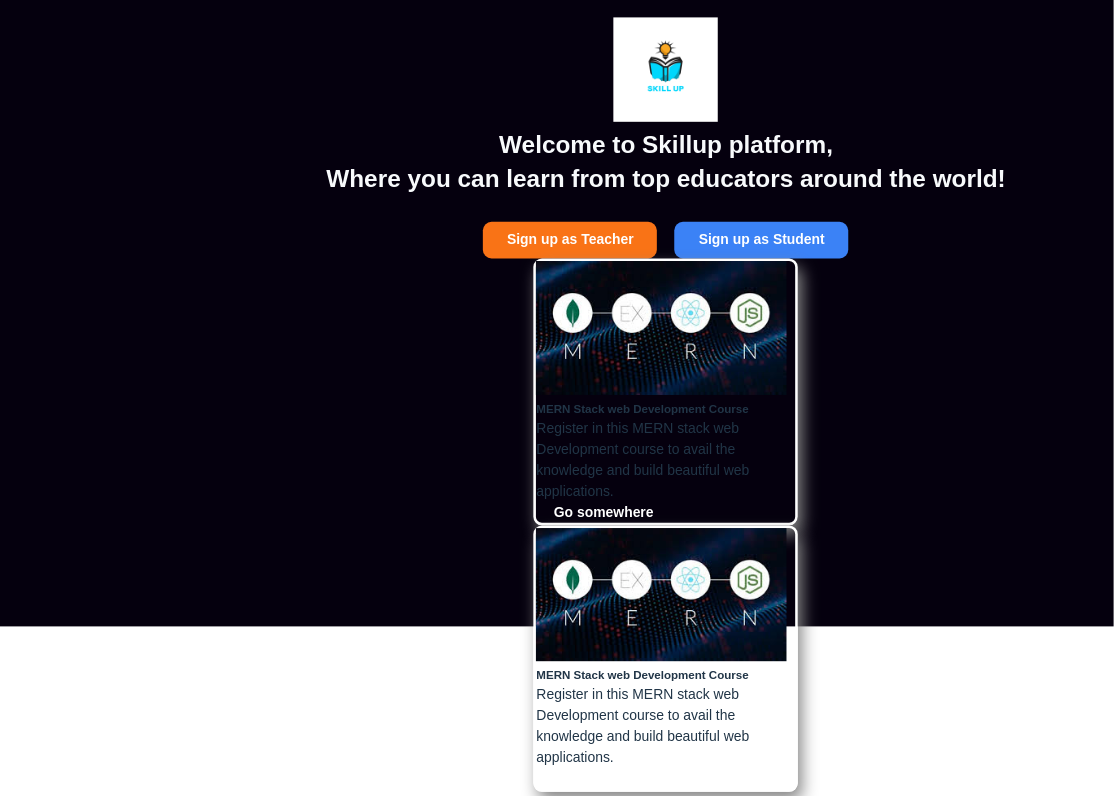
Repository: gowtham-jo/Learning-Management-System
Page: /
An editor plug-in stored every save of this project. The page is shown before and after a run of saves, followed by the edit.
The browser window is 1280 px wide. The page is 1281 px wide, so the pictures cover 1281 px, including what lies to the right of the window. The pictures show the whole page, at 87% of full size.
The project was rebuilt for these pictures with package versions that can differ from the ones it lists, and the page was loaded fresh each time. Also part of the build but not shown: vite.config.js, src/StudentRegistration.jsx, src/TeacherRegistration.jsx.

Above is the page before, as saved 2026-01-27 20:36:02.

### index.html
<!doctype html>
<html lang="en">
  <head>
    <meta charset="UTF-8" />
    <link rel="icon" type="image/svg+xml" href="/vite.svg" />
    <meta name="viewport" content="width=device-width, initial-scale=1.0" />
    <title>lms</title>
  </head>
  <body>
    <div id="root"></div>
    <script type="module" src="/src/main.jsx"></script>
  </body>
</html>

### src/App.jsx
import React from "react";
import "./App.css";
import Homepage from "./Homepage.jsx";
import { Routes, Route } from "react-router-dom";
import StudentRegistration from "./StudentRegistration.jsx";
import TeacherRegistration from "./TeacherRegistration.jsx";


import { useNavigate } from "react-router-dom";

const App = () => {
  return (
    <Routes>
      <Route path="/" element={<Homepage />} />
      <Route
        path="/student-registration"
        element={<StudentRegistration />}

      />
      <Route path="/teacher-registration" element={<TeacherRegistration />} />
    </Routes>
  );
};

export default App;

### src/index.css
*{
  margin:0;
  padding:0;
  box-sizing: border-box;
}
html,body,#root{
  height:100%;
}
:root {
  font-family: system-ui, Avenir, Helvetica, Arial, sans-serif;
  line-height: 1.5;
  font-weight: 400;

  color-scheme: light dark;
  color: rgba(255, 255, 255, 0.87);
  background-color: #242424;

  font-synthesis: none;
  text-rendering: optimizeLegibility;
  -webkit-font-smoothing: antialiased;
  -moz-osx-font-smoothing: grayscale;
}

a {
  font-weight: 500;
  color: #646cff;
  text-decoration: inherit;
}
a:hover {
  color: #535bf2;
}

body {
  margin: 0;
  display: flex;
  place-items: center;
  min-width: 320px;
  min-height: 100vh;
}

h1 {
  font-size: 3.2em;
  line-height: 1.1;
}

button {
  border-radius: 8px;
  border: 1px solid transparent;
  padding: 0.6em 1.2em;
  font-size: 1em;
  font-weight: 500;
  font-family: inherit;
  background-color: #1a1a1a;
  cursor: pointer;
  transition: border-color 0.25s;
}
button:hover {
  border-color: #646cff;
}
button:focus,
button:focus-visible {
  outline: 4px auto -webkit-focus-ring-color;
}

@media (prefers-color-scheme: light) {
  :root {
    color: #213547;
    background-color: #ffffff;
  }
  a:hover {
    color: #747bff;
  }
  button {
    background-color: #f9f9f9;
  }
}

### src/App.css
body {
  background-color: #05000e;
  font-family: Arial, sans-serif;
}

/* FULL-PAGE CENTERING */
.home-container {
  height: 100%;
  width: 100%;
  margin-top: 20px;
  margin-left:250px;

  display: grid;
  place-items: center; /* PERFECT center (x + y) */
}

/* Inner content wrapper */
.home-content {
  text-align: center;
}

/* Heading */
#heading {
  max-width: 1000px;
  color: #f8fafc;
  font-size: 28px;
  font-weight: 600;
  line-height: 1.4;
  margin-bottom: 30px;
}

/* Buttons */
.buttons {
  display: flex;
  gap: 20px;
  justify-content: center;
}

.btn {
  width: 200px;
  padding: 12px 20px;
  font-size: 16px;
  font-weight: 600;
  color: white;
  border: none;
  border-radius: 10px;
  cursor: pointer;
}

.orange { background-color: #f97316; }
.blue   { background-color: #3b82f6; }
.student-registration{
  display: flex;
  justify-content: center;
  align-items: center;
}
/*student-registration-container styling*/
.page-center {
  display: flex;
  height: 100vh;
  justify-content: center;
  align-items: center;
  width: 100vw;

}
.form-container {
  background-color: black;
  padding: 40px;
  border-radius: 10px;
  box-shadow: 0 4px 6px rgba(0, 0, 0, 0.1);
  width: 400px;
}

### src/Homepage.jsx
import React from "react";
import { useNavigate } from "react-router-dom";
import Skillup from "../src/assets/Skillup.png";
import mern from "./assets/mern.jpg";

const Homepage = () => {
  const navigate = useNavigate();

  return (
    <div className="home-container">
      <div className="home-content">
        <img src={Skillup} alt="Logo" width="120" />
        <div id="heading">
          Welcome to Skillup platform,
          <br />
          Where you can learn from top educators around the world!
        </div>

        <div className="buttons">
          <button
            className="btn orange"
            onClick={() => navigate("/teacher-registration")}
          >
            Sign up as Teacher
          </button>

          <button
            className="btn blue"
            onClick={() => navigate("/student-registration")}
          >
            Sign up as Student
          </button>

        </div>
      </div>
      <div className="card" style={{ width: "19rem",border:"3px solid white" ,borderRadius:"10px",boxShadow:"5px 10px 18px #888888"}}>
        <img src={mern} className="card-img-top" alt="..."style={{width:"18rem"}} />
          <div className="card-body" style={{ borderRadius: "10px" }}>
            <h5 className="card-title">MERN Stack web Development Course</h5>
            <p className="card-text">Register in this MERN stack web Development course to avail the knowledge and build beautiful web applications.</p>
            <a href="#" className="btn btn-primary">Go somewhere</a>
          </div>

      </div>
       <div className="card" style={{ width: "19rem",border:"3px solid white" ,borderRadius:"10px",boxShadow:"5px 10px 18px #888888"}}>
        <img src={mern} className="card-img-top" alt="..."style={{width:"18rem"}} />
          <div className="card-body" style={{ borderRadius: "10px" }}>
            <h5 className="card-title">MERN Stack web Development Course</h5>
            <p className="card-text">Register in this MERN stack web Development course to avail the knowledge and build beautiful web applications.</p>
            <a href="#" className="btn btn-primary">Go somewhere</a>
          </div>
          </div>
    </div>
  );
};

export default Homepage;

Loaded but not shown: src/main.jsx (common file)

After the next 2 saves:
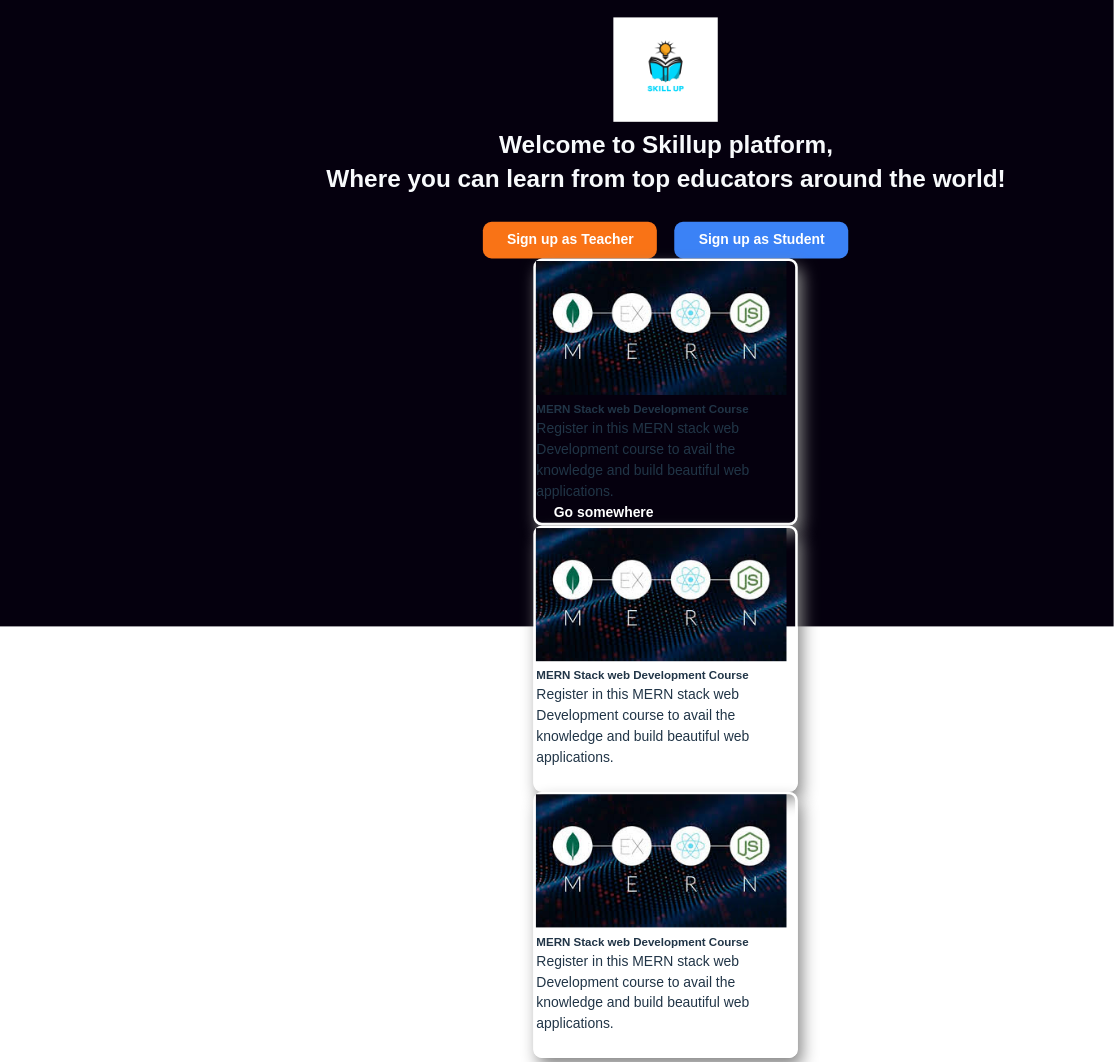
The 2 saves are shown as one change because they came seconds apart.
The last was saved 8 s later.
--- a/src/Homepage.jsx
+++ b/src/Homepage.jsx
@@ -50,6 +50,14 @@ const Homepage = () => {
             <a href="#" className="btn btn-primary">Go somewhere</a>
           </div>
           </div>
+           <div className="card" style={{ width: "19rem",border:"3px solid white" ,borderRadius:"10px",boxShadow:"5px 10px 18px #888888"}}>
+        <img src={mern} className="card-img-top" alt="..."style={{width:"18rem"}} />
+          <div className="card-body" style={{ borderRadius: "10px" }}>
+            <h5 className="card-title">MERN Stack web Development Course</h5>
+            <p className="card-text">Register in this MERN stack web Development course to avail the knowledge and build beautiful web applications.</p>
+            <a href="#" className="btn btn-primary">Go somewhere</a>
+          </div>
+          </div>
     </div>
   );
 };
